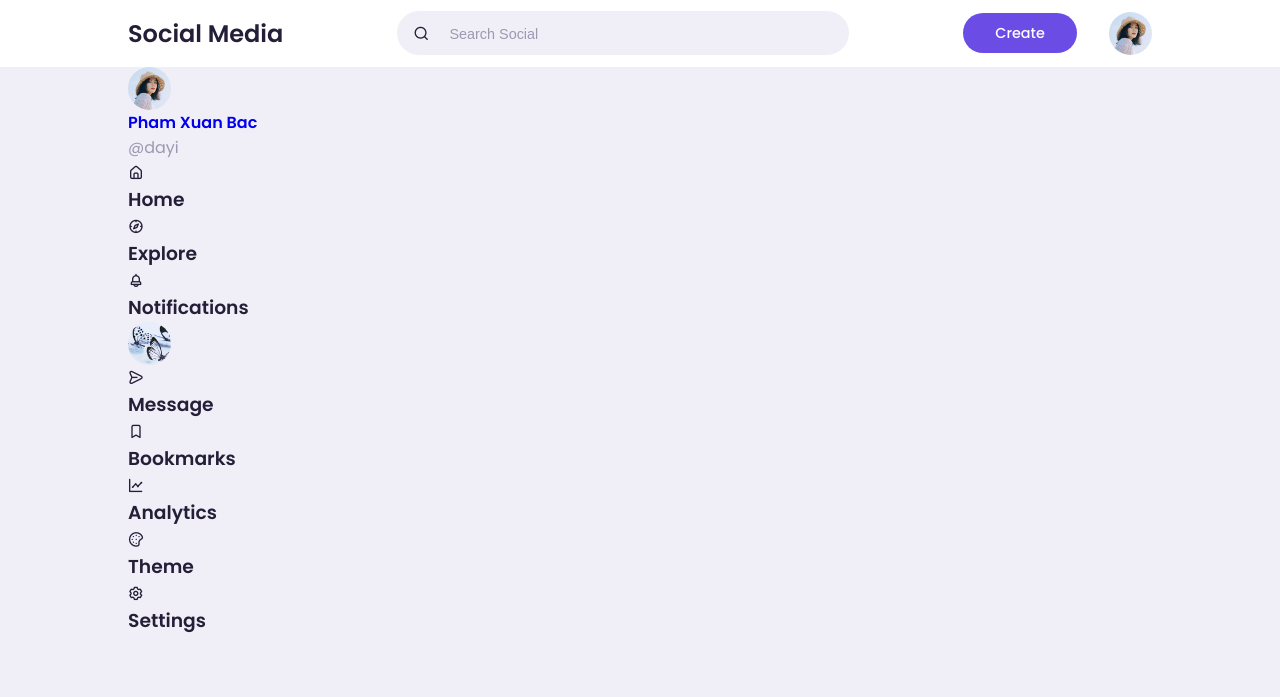
Repository: northpx/socialMedia
Page: index.html
These files come from the project's save history. The page is drawn as it stood at one moment and after the next save; the edit follows.
The browser window is 1280 px wide. The pictures show the whole page.

Above is the page before, as saved 2023-03-07 17:05:59.

After the next save:
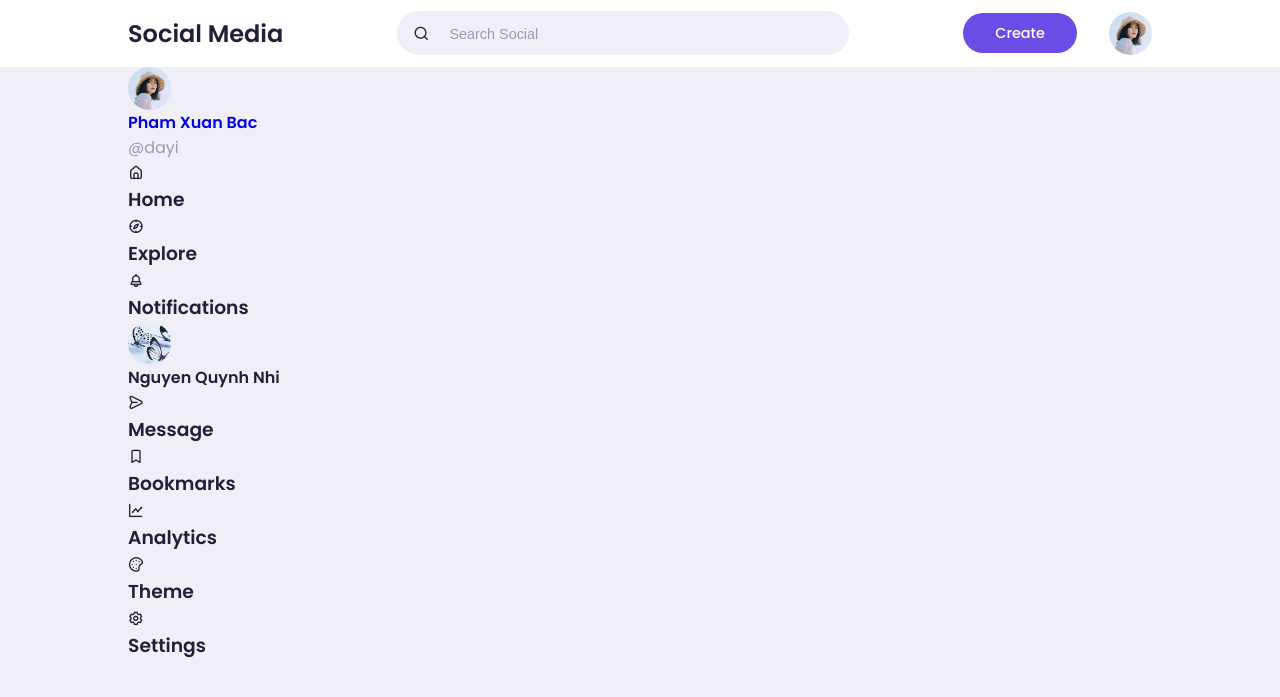
Saved 5 s later.
--- a/index.html
+++ b/index.html
@@ -59,7 +59,7 @@
                                     <img src="./images/profile-2.jpg" alt="">
                                 </div>
                                 <div class="notification-body">
-                                    <b></b>
+                                    <b>Nguyen Quynh Nhi</b>
                                 </div>
                             </div>
                         </div>
